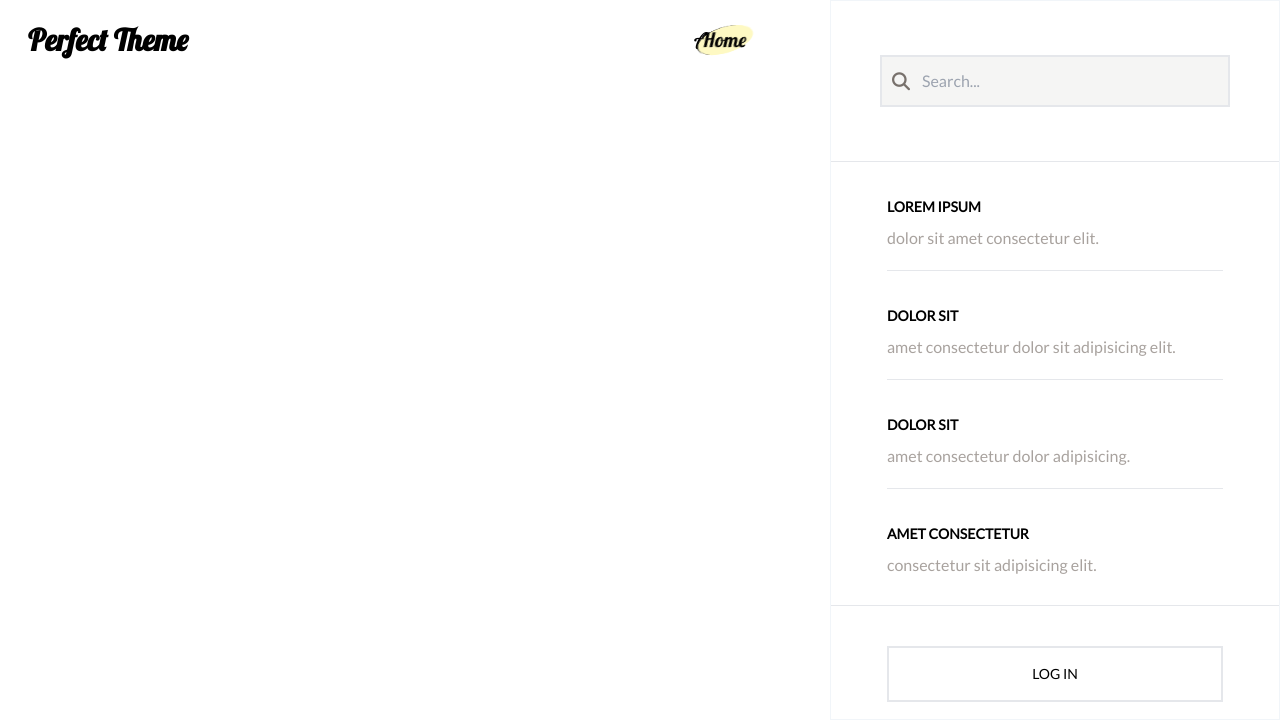
Repository: hsumyatm7308/laravel-blog
Page: blogweb/resources/views/blog/headerlayout.html
These files come from the project's save history. The page is drawn as it stood at one moment and after the next save; the edit follows.
The browser window is 1280 px wide. The pictures show the whole page.
Some web libraries are served in a nearby version.

Above is the page before, as saved 2023-09-05 17:49:29.

After the next save:
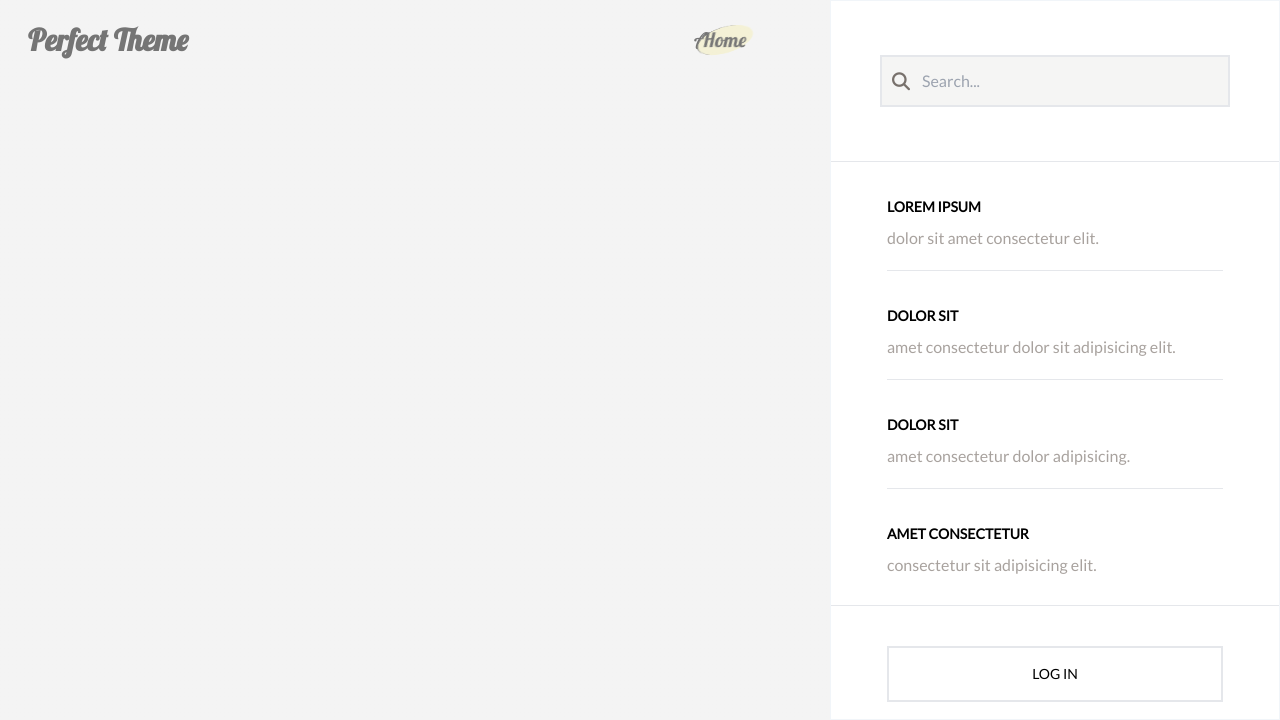
Saved 26 s later.
--- a/blogweb/resources/views/blog/headerlayout.html
+++ b/blogweb/resources/views/blog/headerlayout.html
@@ -128,7 +128,7 @@
 
 
     <div
-        class="menu-modal w-[100%]  h-screen absolute left-0 top-0 flex justify-center items-center">
+        class="menu-modal w-[100%]  h-screen bg-[linear-gradient(rgba(233,233,233,.5),rgba(233,233,233,.5))] absolute left-0 top-0 flex justify-center items-center">
         <!-- <div class="w-[70%] h-[100vh] bg-[linear-gradient(rgba(233,233,233,.5),rgba(233,233,233,.5))] p-0">
 
         </div> -->
